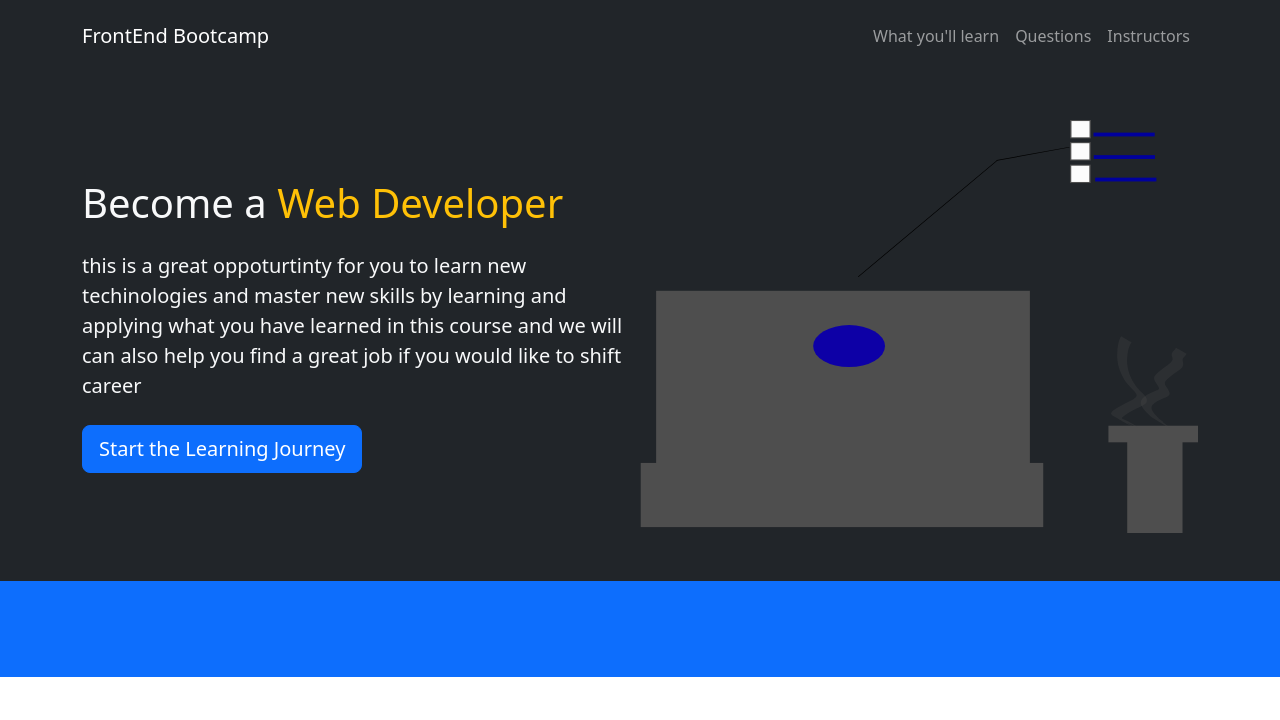
Repository: HaziimYassien/Front-End-BootCamp-__BootStrap-Project
Page: Front End BootCamp2/index.html
These files come from the project's save history. The page is drawn as it stood at one moment and after a run of saves; the edit follows.
The browser window is 1280 px wide. The pictures show the whole page.

Above is the page before, as saved 2024-01-12 02:33:07.

After the next 2 saves:
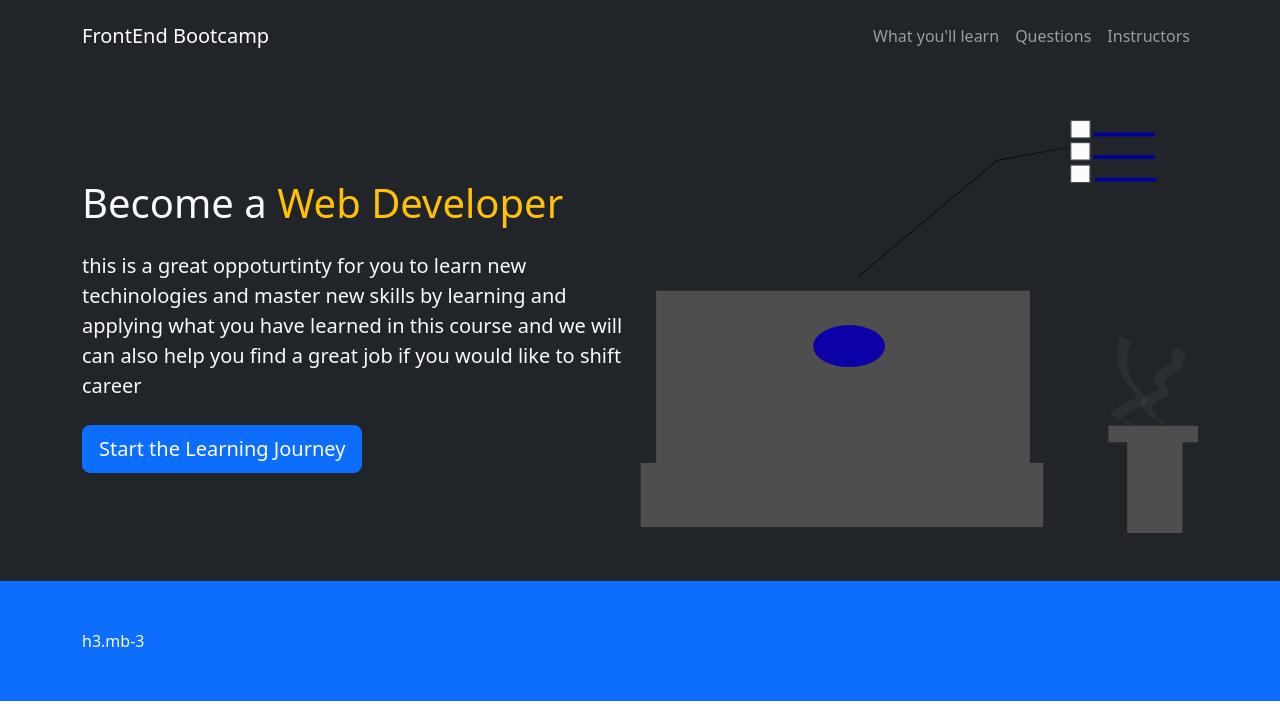
The 2 saves are shown as one change because they came seconds apart.
The last was saved 28 s later.
--- a/Front End BootCamp2/index.html
+++ b/Front End BootCamp2/index.html
@@ -72,7 +72,7 @@
     <section class="bg-primary text-light p-5">
       <div class="container">
         <div class="d-md-flex justify-content-between align-items-center">
-
+          h3.mb-3
         </div>
       </div>
     </section>
